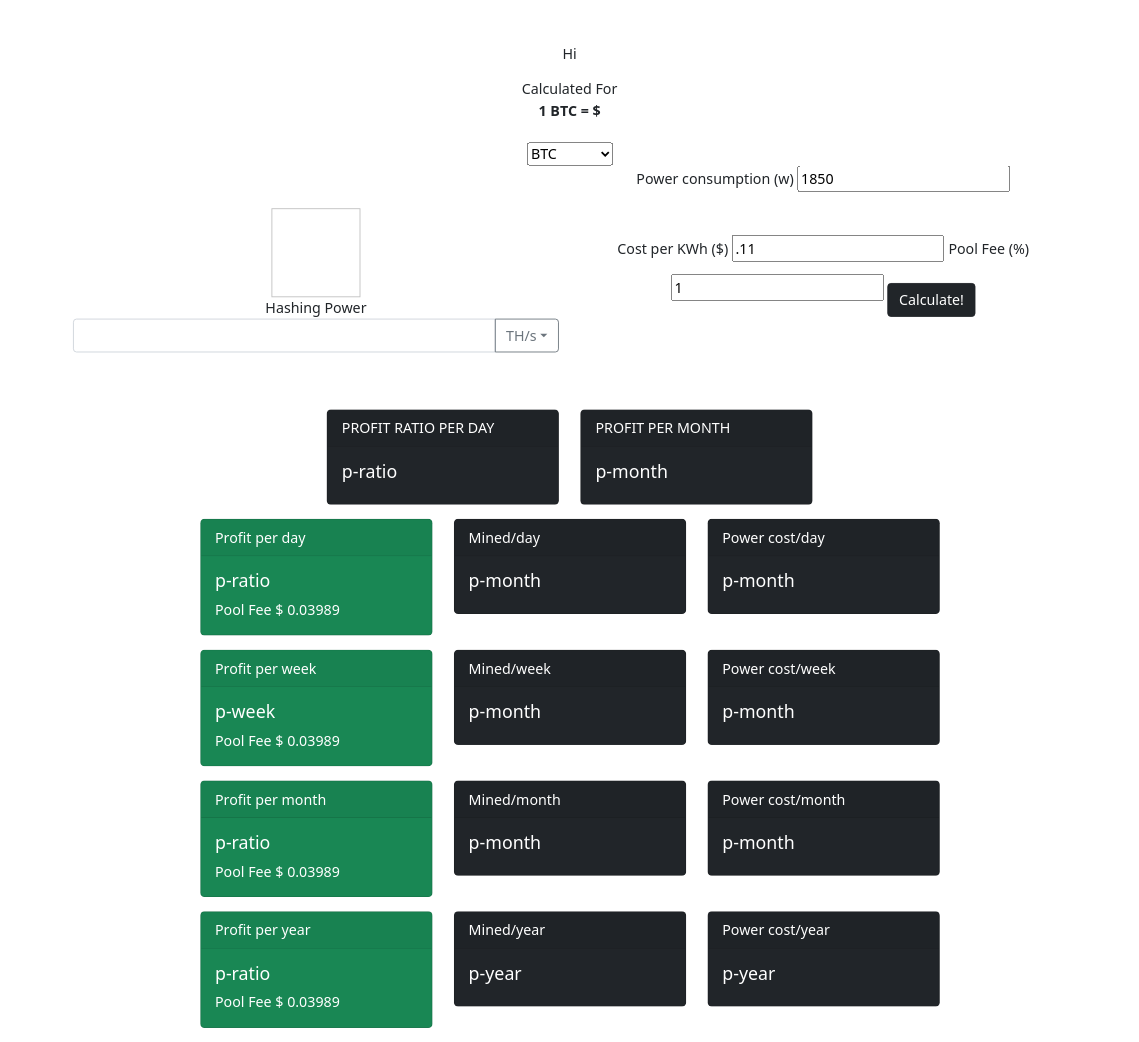
Repository: ibrkhalil/calculator
Page: index.html
These files come from the project's save history. The page is drawn as it stood at one moment and after a run of saves; the edit follows.
The browser window is 1280 px wide. The pictures show the whole page, at 89% of full size.
The page's requests for data from a server got no answer.

Above is the page before, as saved 2021-10-20 13:06:16.

After the next 2 saves:
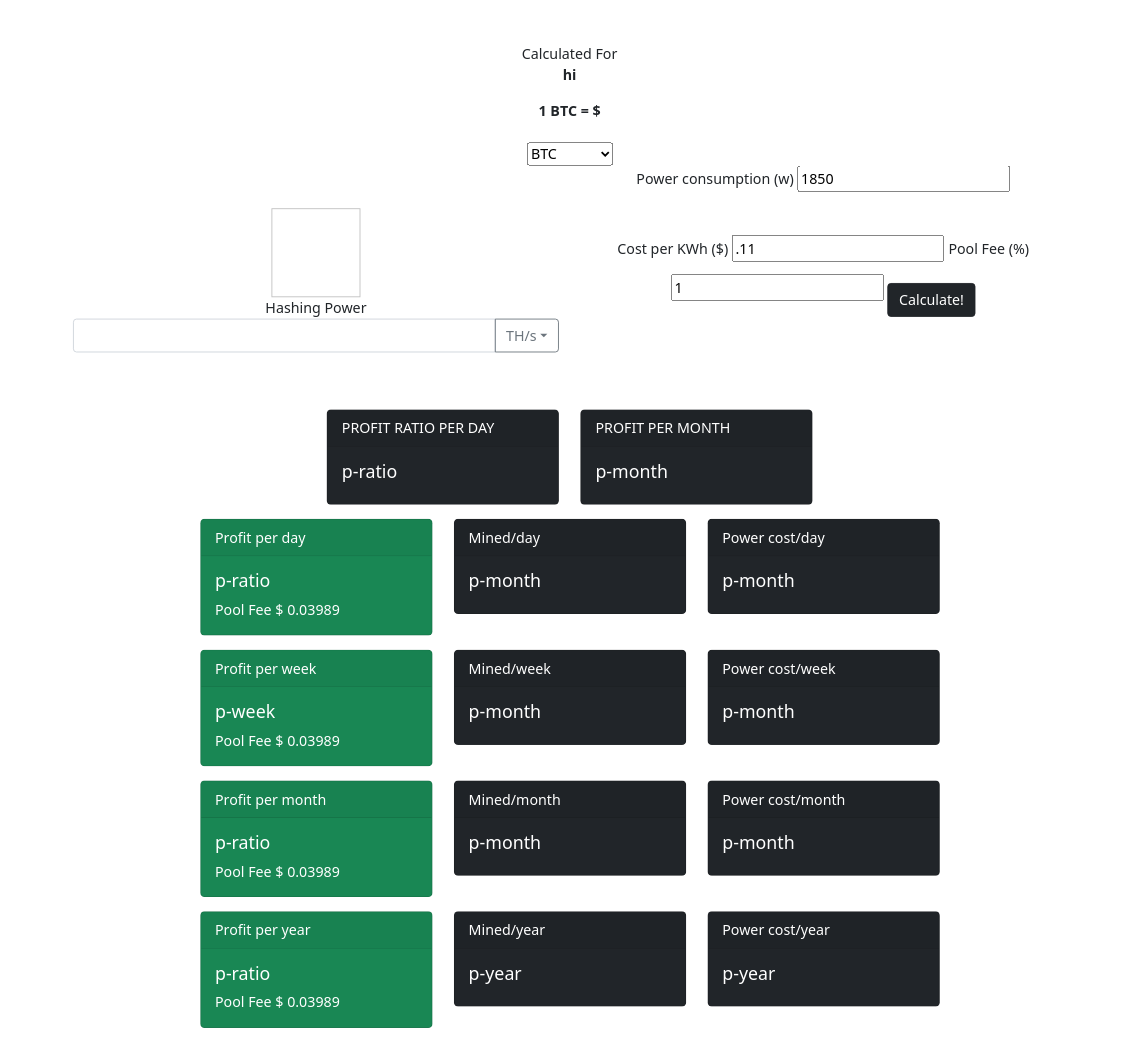
The 2 saves are shown as one change because they came seconds apart.
The last was saved 9 s later.
--- a/index.html
+++ b/index.html
@@ -17,11 +17,11 @@
             <div class="head-of-calculator text-center">
                 <div class="row">
                     <div class="col-md-12 mt-5">
-                        <label class="" for="UNIT" class="UNIT">
-                            <p>Hi</p>Calculated For
-                        </label>
-                        <br>
-                        <strong name="UNIT" id="UNIT">1 BTC = $ </strong>
+                        <label class="" for="UNIT" class="UNIT">Calculated For</label>
+                        <br>
+                        <strong name="UNIT" id="UNIT">
+                            <p>hi</p>1 BTC = $
+                        </strong>
                         <br>
                         <br>
                         <select name="Coins" id="coins">
